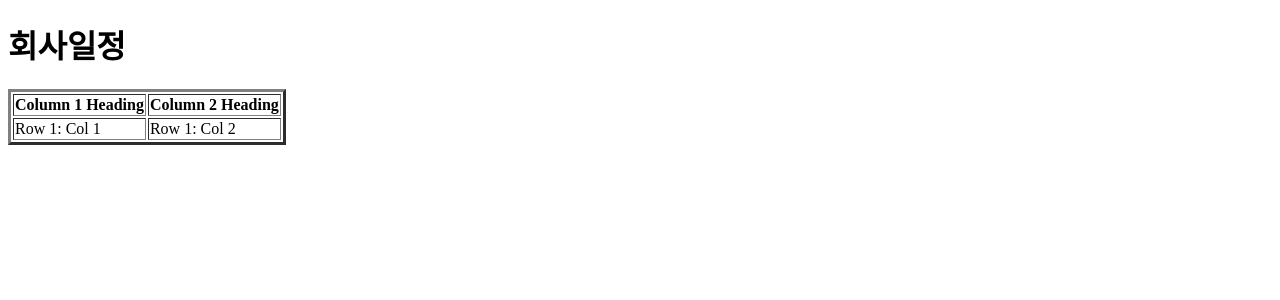
Repository: ybshim90/sesac1
Page: day_20211217_01_web/src/main/webapp/calendar.html
These files come from the project's save history. The page is drawn as it stood at one moment and after the next save; the edit follows.
The browser window is 1280 px wide. The pictures show the whole page.

Above is the page before, as saved 2021-12-17 01:38:12.

### day_20211217_01_web/src/main/webapp/calendar.html
<!DOCTYPE html>
<html>
<head>
	<meta charset="UTF-8">
	<title>회사일정</title>
</head>
<body>
	<h1>회사일정</h1>
	<table border="3">
	  <tr>
	    <th>Column 1 Heading</th>
	    <th>Column 2 Heading</th>
	  </tr>
	  <tr>
	    <td>Row 1: Col 1</td>
	    <td>Row 1: Col 2</td>
	  </tr>
	</table>

</body>
</html>

After the next save:
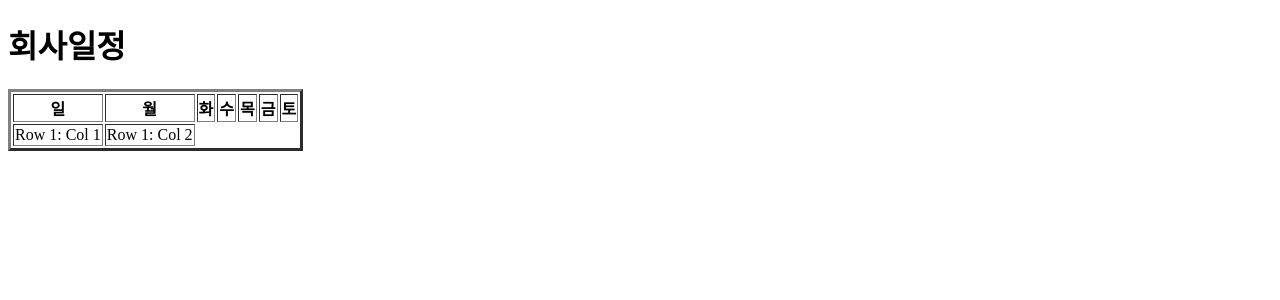
Saved 7 min 33 s later.
--- a/day_20211217_01_web/src/main/webapp/calendar.html
+++ b/day_20211217_01_web/src/main/webapp/calendar.html
@@ -8,8 +8,13 @@
 	<h1>회사일정</h1>
 	<table border="3">
 	  <tr>
-	    <th>Column 1 Heading</th>
-	    <th>Column 2 Heading</th>
+	    <th>일</th>
+	    <th>월</th>
+	    <th>화</th>
+	    <th>수</th>
+	    <th>목</th>
+	    <th>금</th>
+	    <th>토</th>
 	  </tr>
 	  <tr>
 	    <td>Row 1: Col 1</td>
